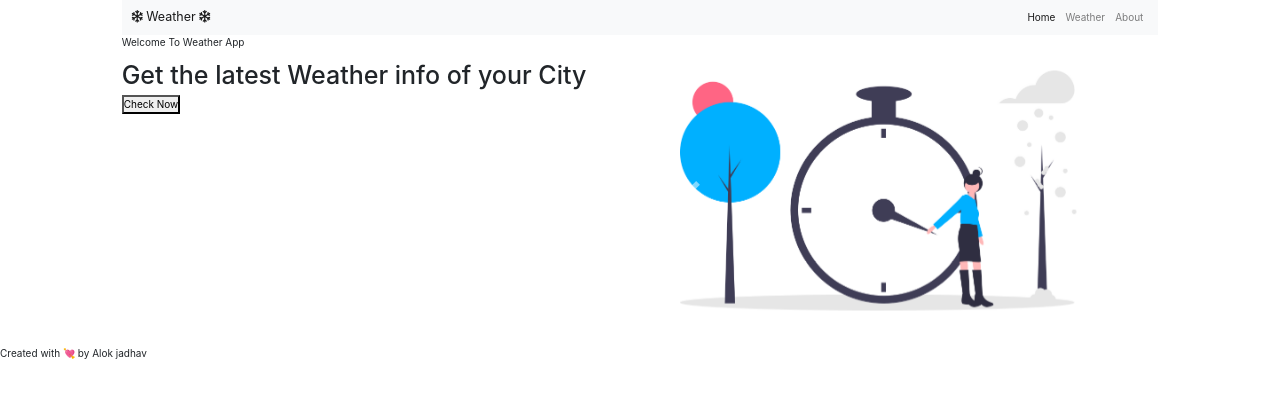
Repository: AalokJadhav/Weather_App
Page: http://localhost/
These files come from the project's save history. The page is drawn as it stood at one moment and after the next save; the edit follows.
The browser window is 1280 px wide. The pictures show the whole page.
Some web fonts or font styles are not loaded; a fallback is used. Some web libraries are served in a nearby version. The page is served by the project's Node server (src/app.js).

Above is the page before, as saved 2020-11-15 11:33:07.

### public/index.html
<!DOCTYPE html>
<html lang="en">

<head>
    <meta charset="UTF-8">
    <meta name="viewport" content="width=device-width, initial-scale=1.0">
    <title>Weather App</title>
    <!-- Latest compiled and minified CSS -->
    <link rel="stylesheet" href="https://maxcdn.bootstrapcdn.com/bootstrap/4.5.2/css/bootstrap.min.css">
    <link rel="stylesheet" href="https://cdnjs.cloudflare.com/ajax/libs/font-awesome/5.10.0/css/all.min.css"
        integrity="sha512-PgQMlq+nqFLV4ylk1gwUOgm6CtIIXkKwaIHp/PAIWHzig/lKZSEGKEysh0TCVbHJXCLN7WetD8TFecIky75ZfQ=="
        crossorigin="anonymous" />
    <!-- jQuery library -->
    <script src="https://ajax.googleapis.com/ajax/libs/jquery/3.5.1/jquery.min.js"></script>

    <!-- Popper JS -->
    <script src="https://cdnjs.cloudflare.com/ajax/libs/popper.js/1.16.0/umd/popper.min.js"></script>

    <!-- Latest compiled JavaScript -->
    <script src="https://maxcdn.bootstrapcdn.com/bootstrap/4.5.2/js/bootstrap.min.js"></script>
    <link rel="stylesheet" href="css/style.css">
    <link rel="shortcut icon" href="images/logo.png" type="image/png">
</head>

<body>
    <div class="container-fluid main-menu">
        <div class="row">
            <div class="col-md-10 col-12 mx-auto">
                <nav class="navbar navbar-expand-lg navbar-light bg-light">
                    <a class="navbar-brand" href="#"><i class="far fa-snowflake"></i> Weather <i
                            class="far fa-snowflake"></i></a>
                    <button class="navbar-toggler" type="button" data-toggle="collapse"
                        data-target="#navbarSupportedContent" aria-controls="navbarSupportedContent"
                        aria-expanded="false" aria-label="Toggle navigation">
                        <span class="navbar-toggler-icon"></span>
                    </button>

                    <div class="collapse navbar-collapse" id="navbarSupportedContent">
                        <ul class="navbar-nav ml-auto">
                            <li class="nav-item active">
                                <a class="nav-link" href="/">Home <span class="sr-only">(current)</span></a>
                            </li>
                            <li class="nav-item">
                                <a class="nav-link" href="/weather">Weather</a>
                            </li>
                            <li class="nav-item">
                                <a class="nav-link" href="/about">About</a>
                            </li>
                        </ul>
                    </div>
                </nav>
            </div>
        </div>
    </div>

    <!-- Main header -->
    <div class="container-fluid main_header">
        <div class="row">
            <div class="col-md-10 col-12 mx-auto">
                <div class="row">
                    <!-- Left Side Div -->
                    <div class="col-md-6 col-12 main_header_left">
                        <p> Welcome To Weather App</p>
                        <h1>Get the latest <span>Weather</span> info of your City</h1>
                        <a href="/weather"><button>Check Now</button></a>
                    </div>
                    <!-- right Side Div -->

                    <div class="col-md-6 col-12 main_header_right">
                        <div id="carouselExampleControls" class="carousel slide" data-ride="carousel">
                            <div class="carousel-inner">
                                <div class="carousel-item active">
                                    <img src="images/bg1.png" class="w-100" alt="...">
                                </div>
                                <div class="carousel-item">
                                    <img src="images/bg2.png" class="w-100" alt="...">
                                </div>
                                <div class="carousel-item">
                                    <img src="images/bg3.png" class="w-100" alt="...">
                                </div>
                            </div>
                            <a class="carousel-control-prev" href="#carouselExampleControls" role="button"
                                data-slide="prev">
                                <span class="carousel-control-prev-icon" aria-hidden="true"></span>
                                <span class="sr-only">Previous</span>
                            </a>
                            <a class="carousel-control-next" href="#carouselExampleControls" role="button"
                                data-slide="next">
                                <span class="carousel-control-next-icon" aria-hidden="true"></span>
                                <span class="sr-only">Next</span>
                            </a>
                        </div>
                    </div>
                </div>
            </div>
        </div>
    </div>

    <!-- // Footer Code -->
    <footer>
        <p> Created with 💘 by Alok jadhav</p>
    </footer>
</body>

</html>

### src/app.js
const express = require('express');
const path = require('path');
const app = express();
const port = process.env.PORT || 8000;

// Public Static Path
const static_path = (path.join(__dirname, '../public'));

app.use(express.static(static_path));

// Routing
app.get('/', (req, res) => {
    res.send('Welcome to Home..!');
});

app.get('/about', (req, res) => {
    res.send('Welcome to About Us Page..!');
});

app.get('/weather', (req, res) => {
    res.send('Welcome to Weather Page..!');
});

app.get('*', (req, res) => {
    res.send('opps...404 error page..!');
});



app.listen(port, () =>{
    console.log(`Listing to the port at ${port}`);
})

### public/css/style.css
@import url('https://fonts.googleapis.com/css2?family=Piazzolla:wght@900&display=swap');

*{
    margin: 0;
    padding: 0;
    box-sizing: border-box;
}
:root {
    --main-bg: #1e272e;
    --main-color: #0097e6;
}

html {
    font-size:62.5% ;
}

After the next save:
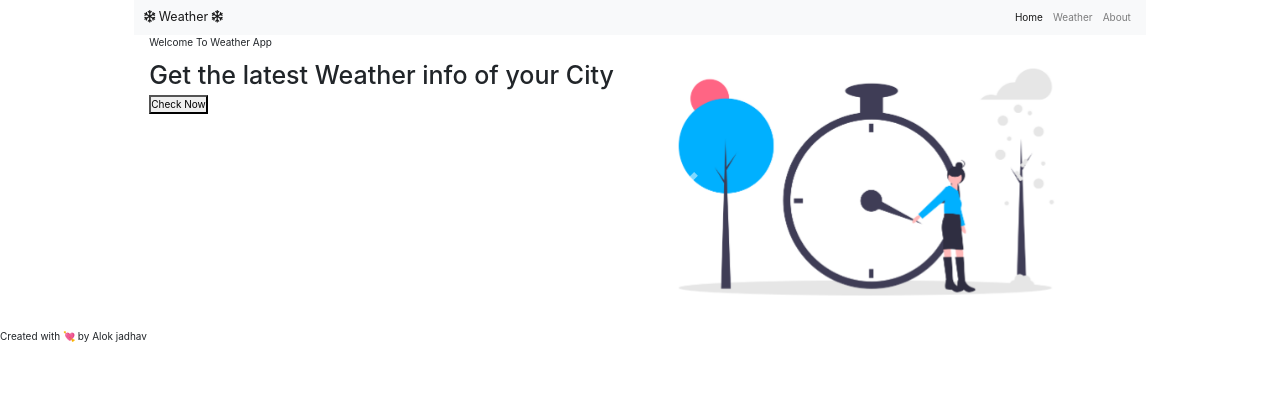
Saved 112 s later.
--- a/public/css/style.css
+++ b/public/css/style.css
@@ -13,3 +13,7 @@
 html {
     font-size:62.5% ;
 }
+
+.row {
+    margin: 0;
+  }
